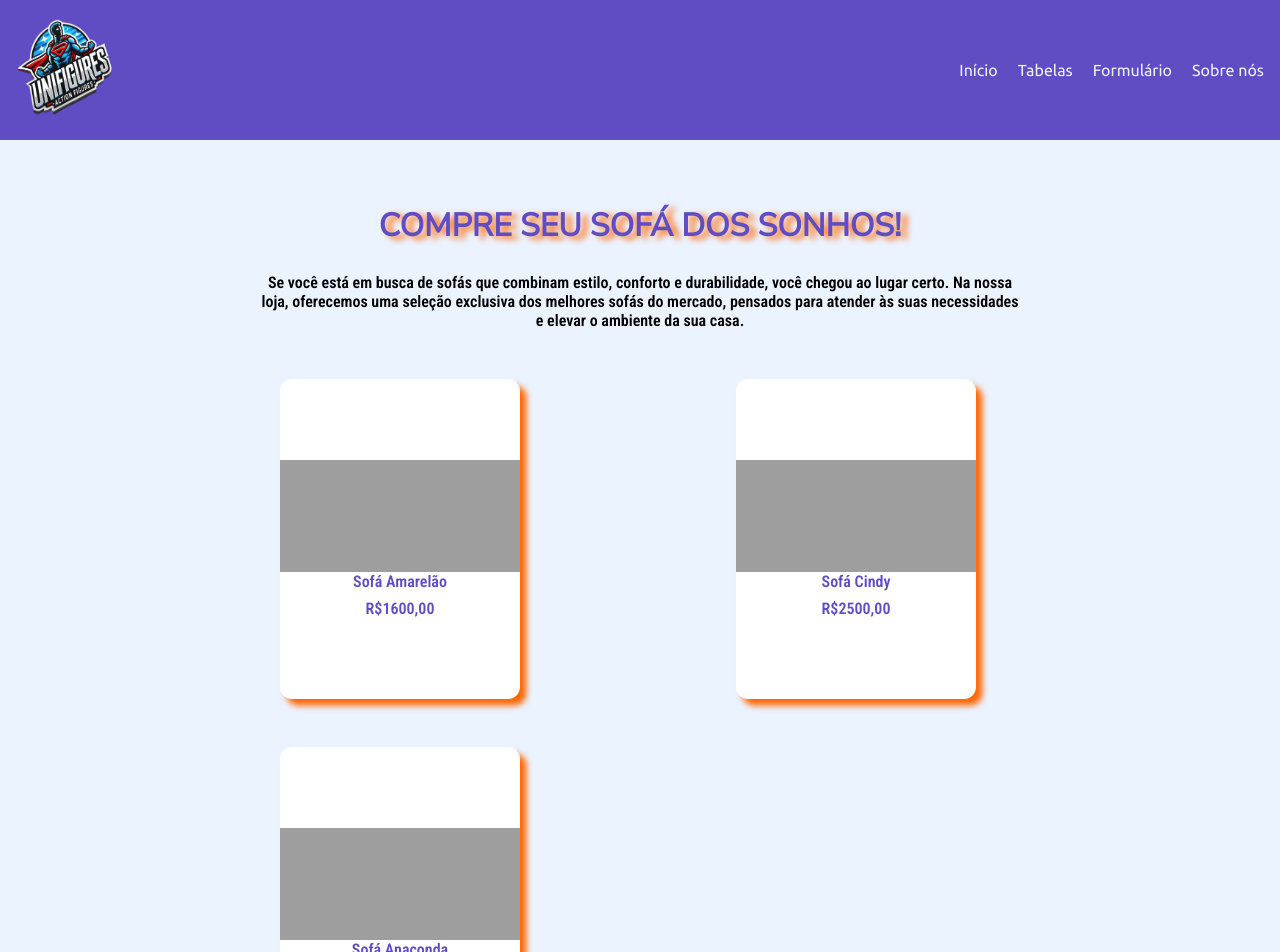
Repository: rafaelhaltarribaFacul/projeto-site
Page: home.html
The author's editor kept a copy of each file at every save. The page is drawn from the files as they stood at one save, then again after the next save.
The browser window is 1280 px wide. The pictures show the part of the page from y = 0 to 952 px (the page is 1788 px tall).
Pictures or frames that could not be fetched are drawn as grey boxes. A picture or video elsewhere on the page could not be fetched, so the positions and the page height are approximate. Some web fonts or font styles are not loaded; a fallback is used.

Above is the page before, as saved 2024-09-19 20:28:50.

### home.html
<!DOCTYPE html>
<html lang="en">
  <head>
    <meta charset="UTF-8" />
    <meta name="viewport" content="width=device-width, initial-scale=1.0" />
    <link rel="stylesheet" href="css/home.css" />
    <title>UniFigures - A loja especialista em action figures!</title>
  </head>

  <body>
    <header class="cabecalho">
      <div class="cabecalho__logo">
        <a href="./home.html" class="link-logo" aria-label="Ir para a página inicial"><img src="assets/logo.png" alt=""></a>
      </div>
      <nav class="cabecalho__menu">
        <a class="menu" href="./home.html" aria-label="Ir para a página inicial">Início</a>
        <a class="menu" href="./produtos.html" aria-label="Ver tabelas de produtos">Tabelas</a>
        <a class="menu" href="./cadastro.html" aria-label="Ir para o formulário de contato">Formulário</a>
        <a class="menu" href="./sobre.html" aria-current="page" aria-label="Página atual: Sobre nós">Sobre nós</a>
      </nav>
    </header>

    <main>
      <div class="C-titulo">
        <div class="titulo">
          <h1>COMPRE SEU SOFÁ DOS SONHOS!</h1>
        </div>
        <p>
          Se você está em busca de sofás que combinam estilo, conforto e
          durabilidade, você chegou ao lugar certo. Na nossa loja, oferecemos uma
          seleção exclusiva dos melhores sofás do mercado, pensados para atender
          às suas necessidades e elevar o ambiente da sua casa.
        </p>
      </div>

      <div class="cart-items-container">
        <a href="produtos.html" aria-label="Ver detalhes do Sofá Amarelão">
          <div class="cart-item">
            <span class="itens-sofa">
              <img src="./img/amarelao.webp" alt="sofa amarelo" />
              <div class="content">
                <h3>Sofá Amarelão</h3>
                <div class="price">R$1600,00</div>
              </div>
            </span>
          </div>
        </a>
        <a href="produtos.html">
          <div class="cart-item">
            <span class="itens-sofa">
              <img src="./img/cindy.webp" alt="sofa marrom" />
              <div class="content">
                <h3>Sofá Cindy</h3>
                <div class="price">R$2500,00</div>
              </div>
            </span>
          </div>
        </a>
        <a href="produtos.html">
          <div class="cart-item">
            <span class="itens-sofa">
              <img src="./img/sofa-anaconda.webp" alt="sofa branco" />
              <div class="content">
                <h3>Sofá Anaconda</h3>
                <div class="price">R$3210,00</div>
              </div>
            </span>
          </div>
        </a>
      </div>
    </main>

    <footer class="rodape">
      <p class="rodape__links">
        Acesse nossas páginas nas redes sociais:
        <br />
      </p>
      <section class="icones__links">
        <a href="https://www.instagram.com/" rel="noopener noreferrer" aria-label="Siga-nos no Instagram">
          <img src="./img/icone-instagram.png" alt="Logo instagram" />
        </a>
        <a href="https://www.whatsapp.com/" rel="noopener noreferrer" aria-label="Entre em contato conosco pelo WhatsApp">
          <img src="./img/icone-whastapp.png" alt="Logo whatsapp" />
        </a>
        <a href="https://www.facebook.com/" rel="noopener noreferrer" aria-label="Siga-nos no Facebook">
          <img src="./img/icone-facebook.png" alt="Logo facebook" />
        </a>
        <a href="https://www.linkedin.com/" rel="noopener noreferrer" aria-label="Conecte-se conosco no LinkedIn">
          <img src="./img/icone-linkedin.png" alt="Logo linkedin" />
        </a>
      </section>
      <p class="rodape__paragrafo">
        <br />Copyright &copy; 2024 UniSofa. Todos os direitos reservados.<br />
        Endereço: Rodovia, SC-401, 3730 - Saco Grande, Florianópolis - SC,
        88032-005
      </p>
    </footer>
  </body>
</html>

### css/home.css
@import url("https://fonts.googleapis.com/css2?family=New+Amsterdam&display=swap");
@import url("https://fonts.googleapis.com/css2?family=Ubuntu&display=swap");
@import url("https://fonts.googleapis.com/css2?family=Nunito+Sans:opsz@6..12&family=Ubuntu&display=swap");
@import url("https://fonts.googleapis.com/css2?family=Nunito+Sans:opsz@6..12&family=Roboto+Condensed:wght@600&family=Ubuntu&display=swap");

:root {
    --cor-pricipal: #604CC3;
    --cor-secundaria: #FF6600;
    --cor-terciaria: #99c2ff;
    --cor-quaternaria: #ebf3ff;
    --cor-quintenaria: #000001;


    --fonte-logo: "New Amsterdam", sans-serif;
    --fonte-principal: "Nunito Sans", sans-serif;
    --fonte-secundaria: "Roboto Condensed", sans-serif;
    --fonte-terciaria: "Ubuntu", sans-serif;

    font-size: 16px;
}

* {
    text-decoration: none;
    margin: 0;
    padding: 0;
    box-sizing: border-box;
}

body {
    background-color: var(--cor-quaternaria);
    color: var(--cor-quintenaria);
    font-family: var(--fonte-pricipal);
    margin: 0;
    padding: 0;
    min-height: 100vh;
    display: flex;
    flex-direction: column;
}

.cabecalho {
    display: flex;
    justify-content: space-between;
    align-items: center;
    padding: 1rem;
    flex-wrap: wrap;
    background-color: var(--cor-pricipal);
}

.cabecalho__logo {
    margin-bottom: 0.5rem;
}

.cabecalho__logo img {
    height: 100px;
    width: 100px;
    display: flex;
    flex-wrap: wrap;
    gap: 1rem;
}

.cabecalho__menu {
    display: flex;
    gap: 1rem;
    flex-wrap: wrap;
    color: var(--cor-secundaria);
}

.link-logo {
    font-family: var(--fonte-logo);
    color: var(--cor-quaternaria);
    font-size: 3rem;
}

.cabecalho__menu {
    display: flex;
    gap: 1.25rem;
}

.menu {
    color: var(--cor-quaternaria);
    font-family: var(--fonte-terciaria);
}

.rodape {
    background-color: var(--cor-pricipal);
    color: var(--cor-quaternaria);
    text-align: center;
    padding: 1rem;
    margin-top: auto;
}

.icones__links {
    display: inline;
}

.rodape__paragrafo {
    margin-top: -15px;
}

@media (max-width: 768px) {
    .cabecalho {
        flex-direction: column;
        align-items: flex-start;
        padding: 1rem;
    }

    .cabecalho__menu {
        flex-direction: column;
        gap: 0.5rem;
        margin-top: 1rem;
    }

    .cart-items-container {
        gap: 2rem 6rem;
        width: 80vw;
        padding: 16px;
    }

    .cart-items-container .cart-item {
        width: 12rem;
    }
}

.cart-items-container {
    display: grid;
    grid-template-columns: repeat(auto-fit, minmax(200px, 1fr));
    gap: 3rem 12rem;
    width: 60vw;
    margin: auto;
    margin-top: 16px;
    background-color: var(--cor-quaternaria);
    padding: 24px;
}

.cart-items-container .cart-item {
    display: flex;
    align-items: center;
    width: 15rem;
    background-color: white;
    box-shadow: var(--cor-secundaria) 0.4em 0.4em 0.4em;
    height: 20rem;
    border-radius: 12px;
}

.cart-items-container .cart-item .itens-sofa {
    display: flex;
    flex-direction: column;
    font-size: 2rem;
    cursor: pointer;
    text-align: center;
    width: 15rem;
}

.cart-items-container .cart-item .itens-sofa:hover {
    color: var(--cor-pricipal);
}

.cart-items-container .cart-item img {
    height: 7rem;
    width: 15rem;
}

.cart-items-container .cart-item .content h3 {
    font-size: 1rem;
    color: var(--cor-pricipal);
    font-family: var(--fonte-secundaria);
    padding-bottom: .5rem;
}

.cart-items-container .cart-item .content .price {
    font-size: 1rem;
    color: var(--cor-pricipal);
    font-family: var(--fonte-secundaria);
}

.titulo {
    font-family: var(--fonte-principal);
    text-align: center;
    color: var(--cor-pricipal);
    text-shadow: var(--cor-secundaria) 0.4em 0.2em 0.4em;
    margin-top: 5%;
    margin-bottom: 2%;
}

.C-titulo p {
    font-family: var(--fonte-secundaria);
    color: var(--cor-quintenaria);
    text-align: center;
    margin: auto;
    width: 60vw;
    margin-bottom: 2%;
}

@media screen and (max-width: 480px) {
    .cabecalho__menu {
        flex-direction: column;
        align-items: flex-start;
    }
}

After the next save:
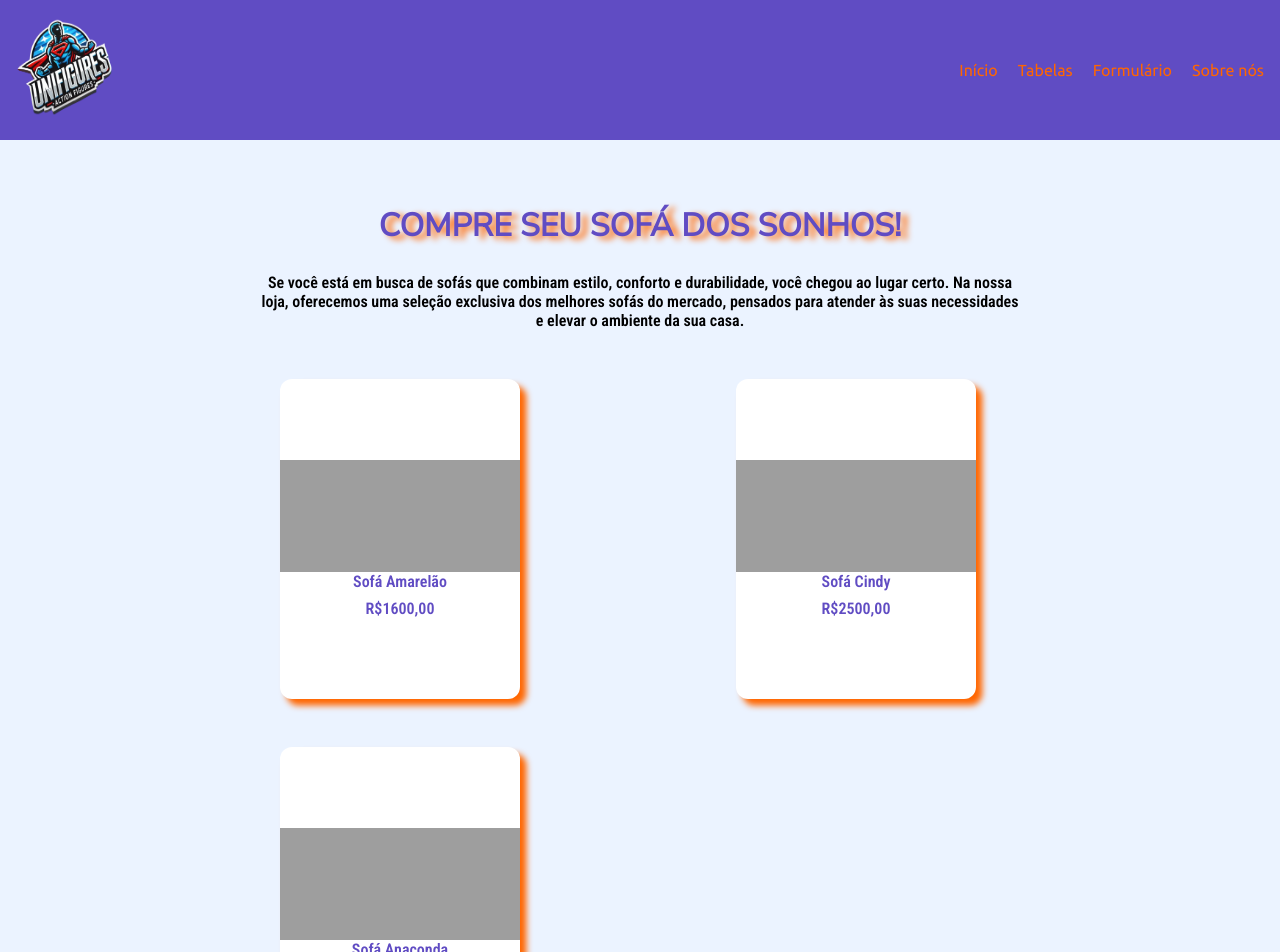
Saved 15 s later.
--- a/css/home.css
+++ b/css/home.css
@@ -62,7 +62,6 @@ body {
     display: flex;
     gap: 1rem;
     flex-wrap: wrap;
-    color: var(--cor-secundaria);
 }
 
 .link-logo {
@@ -77,7 +76,7 @@ body {
 }
 
 .menu {
-    color: var(--cor-quaternaria);
+    color: var(--cor-secundaria);
     font-family: var(--fonte-terciaria);
 }
 
